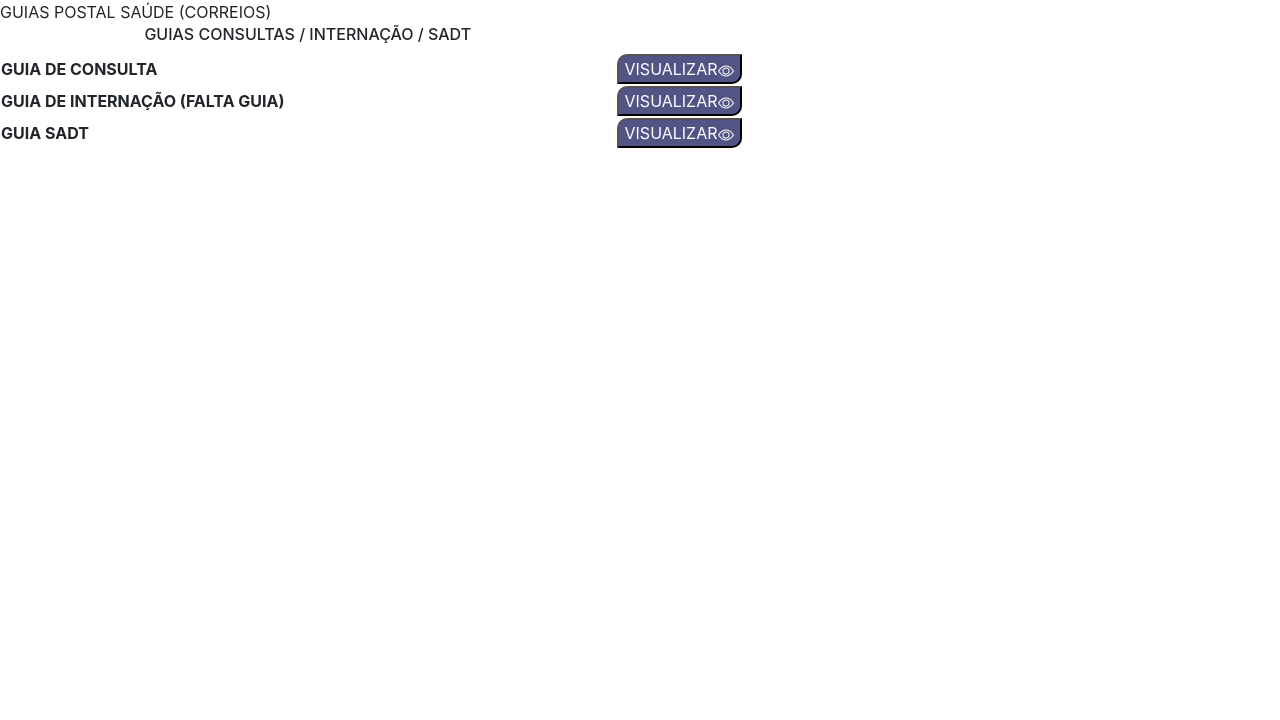
Repository: Leandromarim/INTRANET_PARTICULAR
Page: guiasPostalSaude.html
These files come from the project's save history. The page is drawn as it stood at one moment and after the next save; the edit follows.
The browser window is 1280 px wide. The pictures show the whole page.
Pictures or frames that could not be fetched are drawn as grey boxes.

Above is the page before, as saved 2022-01-25 07:58:25.
Not found: ajax.js

After the next save:
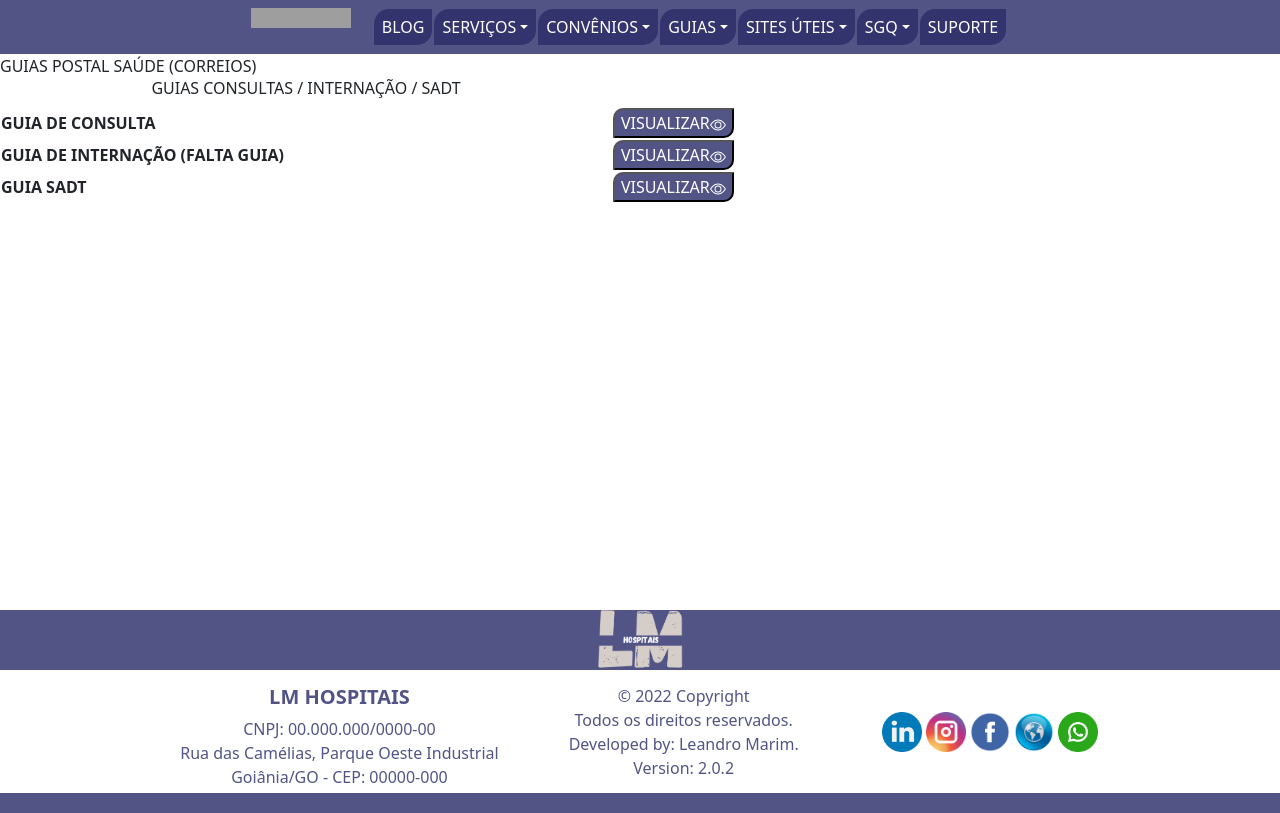
Saved 60 min 35 s later.
--- a/guiasPostalSaude.html
+++ b/guiasPostalSaude.html
@@ -8,11 +8,10 @@
     <link rel="stylesheet" href="./assets/css/bootstrap-grid.css" />
     <link rel="stylesheet" href="./assets/css/bootstrap-grid.min.css" />
     <link rel="stylesheet" href="./assets/css/bootstrap.css" />
-    <link rel="stylesheet" href="./assets/css/bootstrap.css" />
     <link rel="stylesheet" href="./assets/css/tables.css" />
     <link rel="stylesheet" href="./assets/css/body.css" />
-    <link rel="stylesheet" href="https://stackpath.bootstrapcdn.com/bootstrap/4.1.3/css/bootstrap.min.css" integrity="sha384-MCw98/SFnGE8fJT3GXwEOngsV7Zt27NXFoaoApmYm81iuXoPkFOJwJ8ERdknLPMO" crossorigin="anonymous" />
-    <link rel="icon" href="./image/ico/ico_ha.ico" />
+    <link href="https://cdn.jsdelivr.net/npm/bootstrap@5.1.3/dist/css/bootstrap.min.css" rel="stylesheet" integrity="sha384-1BmE4kWBq78iYhFldvKuhfTAU6auU8tT94WrHftjDbrCEXSU1oBoqyl2QvZ6jIW3" crossorigin="anonymous">
+    <link rel="icon" href="./image/ico/ico_aba_ha.ico" />
     <title>Intranet 2.0</title>
 </head>
 
@@ -32,21 +31,21 @@
                 <tbody class="col-sm-6 col-lg-8">
                     <tr>
                         <th class="titulo">GUIA DE CONSULTA</th>
-                        <td><a href="doc/guias/correios_consulta.pdf" target="self"><button type="button" class="btn-visualizar">VISUALIZAR<svg xmlns="http://www.w3.org/2000/svg" width="16" height="16" fill="currentColor" class="bi bi-eye" viewBox="0 0 16 16">
+                        <td><a href="./doc/guias/correios_consulta.pdf" target="self"><button type="button" class="btn-visualizar">VISUALIZAR<svg xmlns="http://www.w3.org/2000/svg" width="16" height="16" fill="currentColor" class="bi bi-eye" viewBox="0 0 16 16">
                     <path d="M16 8s-3-5.5-8-5.5S0 8 0 8s3 5.5 8 5.5S16 8 16 8zM1.173 8a13.133 13.133 0 0 1 1.66-2.043C4.12 4.668 5.88 3.5 8 3.5c2.12 0 3.879 1.168 5.168 2.457A13.133 13.133 0 0 1 14.828 8c-.058.087-.122.183-.195.288-.335.48-.83 1.12-1.465 1.755C11.879 11.332 10.119 12.5 8 12.5c-2.12 0-3.879-1.168-5.168-2.457A13.134 13.134 0 0 1 1.172 8z"/>
                     <path d="M8 5.5a2.5 2.5 0 1 0 0 5 2.5 2.5 0 0 0 0-5zM4.5 8a3.5 3.5 0 1 1 7 0 3.5 3.5 0 0 1-7 0z"/>
                   </svg></button></a></td>
                     </tr>
                     <tr>
                         <th class="titulo">GUIA DE INTERNAÇÃO (FALTA GUIA)</th>
-                        <td><a href="#"target="self"><button type="button" class="btn-visualizar">VISUALIZAR<svg xmlns="http://www.w3.org/2000/svg" width="16" height="16" fill="currentColor" class="bi bi-eye" viewBox="0 0 16 16">
+                        <td><a href="#" target="self"><button type="button" class="btn-visualizar">VISUALIZAR<svg xmlns="http://www.w3.org/2000/svg" width="16" height="16" fill="currentColor" class="bi bi-eye" viewBox="0 0 16 16">
                     <path d="M16 8s-3-5.5-8-5.5S0 8 0 8s3 5.5 8 5.5S16 8 16 8zM1.173 8a13.133 13.133 0 0 1 1.66-2.043C4.12 4.668 5.88 3.5 8 3.5c2.12 0 3.879 1.168 5.168 2.457A13.133 13.133 0 0 1 14.828 8c-.058.087-.122.183-.195.288-.335.48-.83 1.12-1.465 1.755C11.879 11.332 10.119 12.5 8 12.5c-2.12 0-3.879-1.168-5.168-2.457A13.134 13.134 0 0 1 1.172 8z"/>
                     <path d="M8 5.5a2.5 2.5 0 1 0 0 5 2.5 2.5 0 0 0 0-5zM4.5 8a3.5 3.5 0 1 1 7 0 3.5 3.5 0 0 1-7 0z"/>
                   </svg></button></a></td>
                     </tr>
                     <tr>
                         <th class="titulo">GUIA SADT</th>
-                        <td><a href="doc/guias/correios_sadt.pdf" target="self"><button type="button" class="btn-visualizar">VISUALIZAR<svg xmlns="http://www.w3.org/2000/svg" width="16" height="16" fill="currentColor" class="bi bi-eye" viewBox="0 0 16 16">
+                        <td><a href="./doc/guias/correios_sadt.pdf" target="self"><button type="button" class="btn-visualizar">VISUALIZAR<svg xmlns="http://www.w3.org/2000/svg" width="16" height="16" fill="currentColor" class="bi bi-eye" viewBox="0 0 16 16">
                     <path d="M16 8s-3-5.5-8-5.5S0 8 0 8s3 5.5 8 5.5S16 8 16 8zM1.173 8a13.133 13.133 0 0 1 1.66-2.043C4.12 4.668 5.88 3.5 8 3.5c2.12 0 3.879 1.168 5.168 2.457A13.133 13.133 0 0 1 14.828 8c-.058.087-.122.183-.195.288-.335.48-.83 1.12-1.465 1.755C11.879 11.332 10.119 12.5 8 12.5c-2.12 0-3.879-1.168-5.168-2.457A13.134 13.134 0 0 1 1.172 8z"/>
                     <path d="M8 5.5a2.5 2.5 0 1 0 0 5 2.5 2.5 0 0 0 0-5zM4.5 8a3.5 3.5 0 1 1 7 0 3.5 3.5 0 0 1-7 0z"/>
                   </svg></button></a></td>
@@ -54,11 +53,11 @@
                 </tbody>
             </table>
         </div>
-        <br><br><br><br><br><br><br><br><br>
+        <br><br><br><br><br><br><br><br><br><br><br><br><br><br><br><br><br>
     </main>
     <footer id="mainfooter"></footer>
 </body>
-<script src="assets/js/bootstrap.js"></script>
-<script src="ajax.js"></script>
+<script src="./assets/js/bootstrap.js"></script>
+<script src="./assets/js/ajax_pages.js"></script>
 
 </html>
